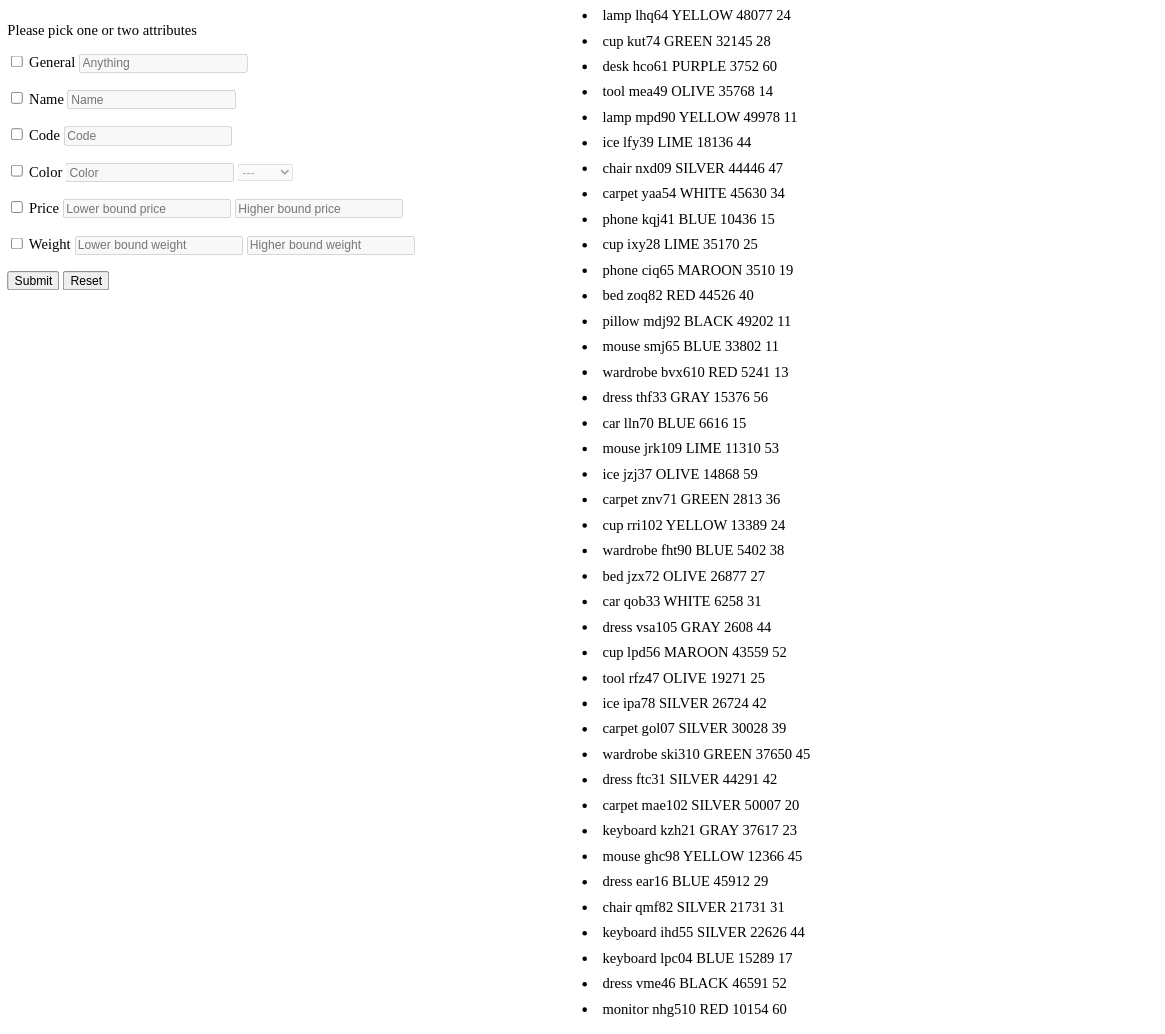
Repository: ISIT207-4-A/A1_C3_1
Page: home.html
These files come from the project's save history. The page is drawn as it stood at one moment and after the next save; the edit follows.
The browser window is 1280 px wide. The pictures show the whole page, at 91% of full size.

Above is the page before, as saved 2020-09-02 21:51:56.

After the next save:
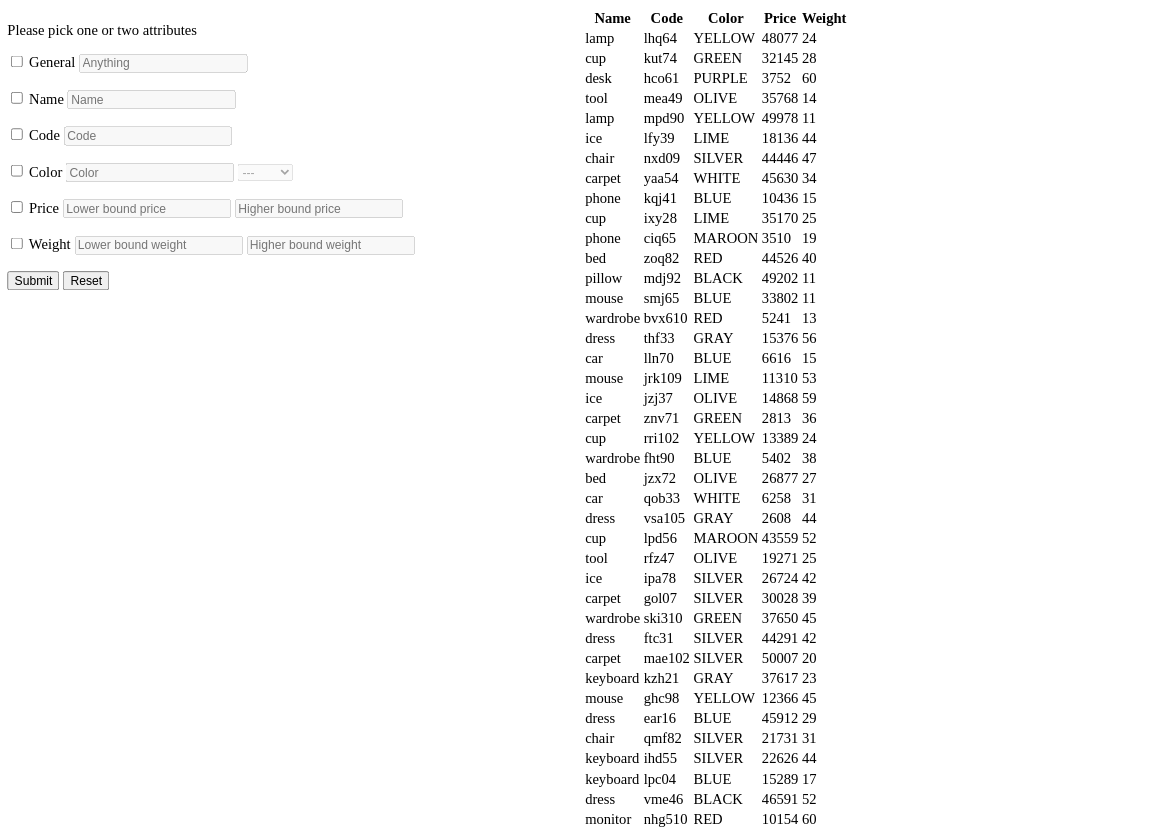
Saved 26 s later.
--- a/script.js
+++ b/script.js
@@ -58,14 +58,33 @@ window.onload = function() {
 		item.fullInfo = item.name + " " + item.code + " " + item.color + " " + item.price + " " + item.weight;
 	});
 
-	var ul = document.getElementById("result");
+	/*var ul = document.getElementById("result");
 	for (item of itemList) {
 		let li = document.createElement("li");
 		let itemValue = item.fullInfo;
 		li.appendChild(document.createTextNode(itemValue));
 		ul.appendChild(li);
-	}
-}
+	}*/
+
+	var temp = document.getElementById("result");
+	temp.innerHTML = showTable(itemList);
+}
+
+function showTable(list)
+	{
+		var t="<table><tr><th>Name</th><th>Code</th><th>Color</th><th>Price</th><th>Weight</th></tr>";
+		for (var i=0; i<list.length; i++){
+			var tr="<tr>";
+			tr+= "<td>" + list[i].name + "</td>";
+			tr+= "<td>" + list[i].code + "</td>";
+			tr+= "<td>" + list[i].color + "</td>";
+			tr+= "<td>" + list[i].price + "</td>";
+			tr+= "<td>" + list[i].weight + "</td>";
+			t+=tr;
+		}
+		t+="</table>";
+		return t;
+	}
 
 //Limit checkbox to two
 var countCheck = 0;
